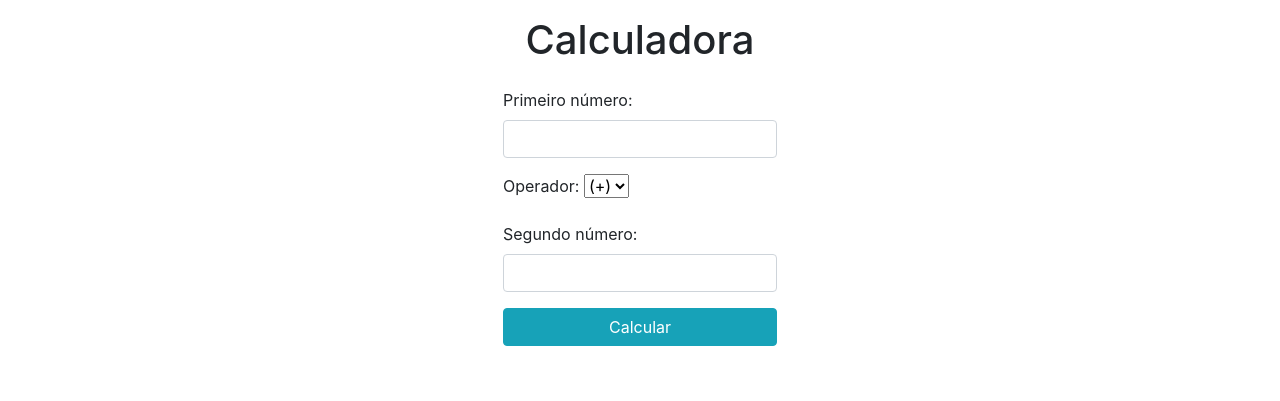
Repository: babirms/DAC
Page: Calculadora/WebContent/home.html
The author's editor kept a copy of each file at every save. The page is drawn from the files as they stood at one save, then again after the next save.
The browser window is 1280 px wide. The pictures show the whole page.

Above is the page before, as saved 2020-09-20 23:19:47.
Console error (its wording comes from the project's code and is left out).

### Calculadora/WebContent/home.html
<!DOCTYPE html>
<html>
<head>
<meta charset="ISO-8859-1">
<title>Calculadora - Página Inicial</title>
<link href="bootstrap/css/bootstrap.min.css" rel="stylesheet"
	type="text/css" />
<script type="text/javascript" src="bootstrap/js/bootstrap.min.js"></script>
</head>
<body>
	<div class="d-flex flex-column align-items-center col-xs-10">
		<h1 class="p-3">Calculadora</h1>
		<form action="CalculadoraServlet" method="get">
			<div class="form-group">
				<label for="primeiroNum">Primeiro número: </label> <input
					type="number" class="form-control" name="primeiroValue"
					id="primeiroNum" required>
			</div>
			<div class="form-group">
				<label>Operador: </label> <select name="operacao">
					<option value="soma">(+)</option>
					<option value="sub">(-)</option>
					<option value="mul">(*)</option>
					<option value="div">(/)</option>
				</select>
			</div>
			<div class="form-group">
				<label for="segundoNum">Segundo número: </label> <input
					type="number" id="segundoNum" class="form-control"
					name="segundoValue" required>
			</div>
			<button class="btn btn-info btn-block" type="submit">Calcular</button>
		</form>
	</div>
</body>
</html>

Loaded but not shown: Calculadora/WebContent/bootstrap/css/bootstrap.min.css (library); Calculadora/WebContent/bootstrap/js/bootstrap.min.js (library)

After the next save:
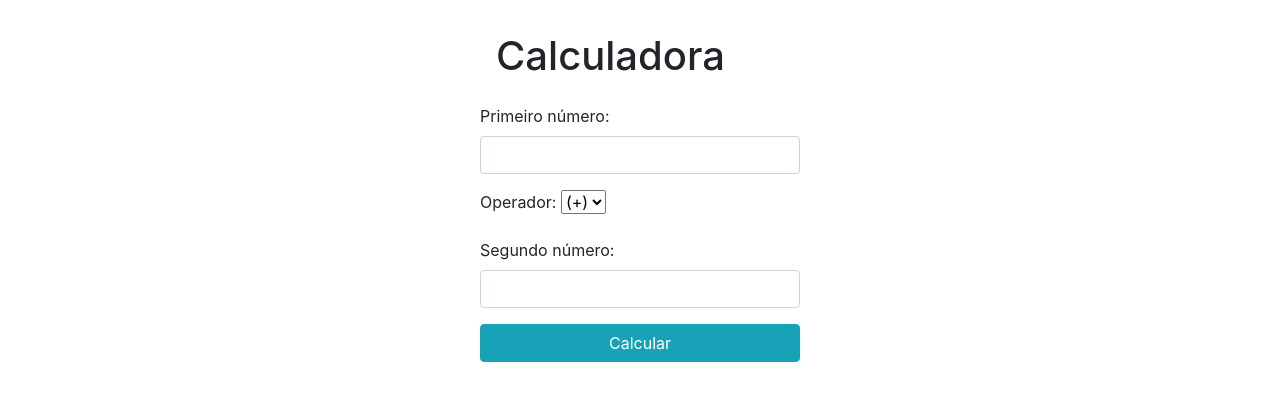
Saved 12 s later.
--- a/Calculadora/WebContent/home.html
+++ b/Calculadora/WebContent/home.html
@@ -9,6 +9,7 @@
 </head>
 <body>
 	<div class="d-flex flex-column align-items-center col-xs-10">
+	<div class="container p-3" style="width:352px;">
 		<h1 class="p-3">Calculadora</h1>
 		<form action="CalculadoraServlet" method="get">
 			<div class="form-group">
@@ -31,6 +32,6 @@
 			</div>
 			<button class="btn btn-info btn-block" type="submit">Calcular</button>
 		</form>
-	</div>
+	</div></div>
 </body>
 </html>
